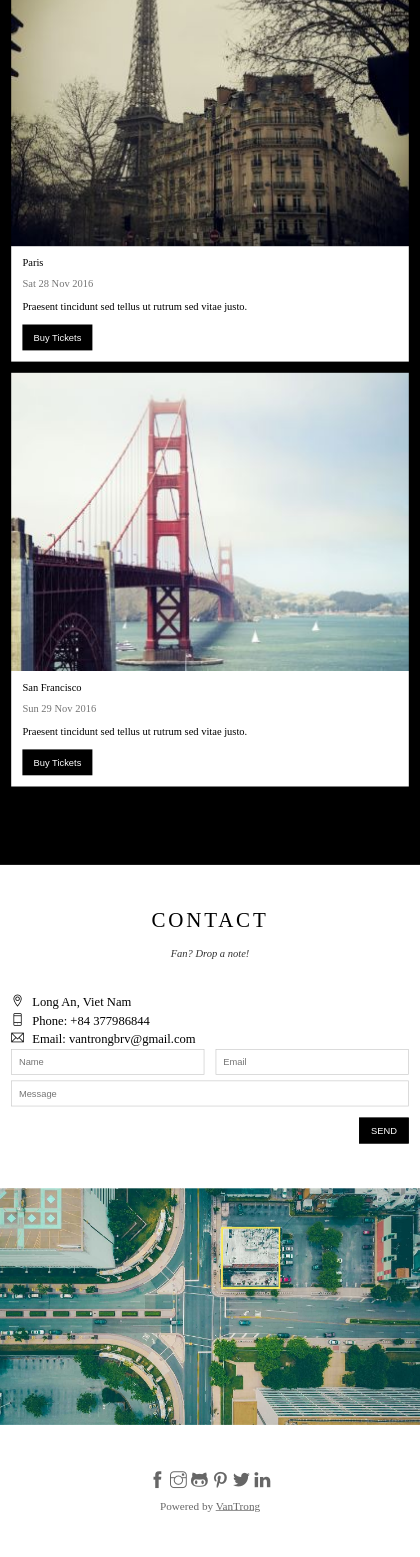
Repository: vanntrong/w3_band
Page: index.html
These files come from the project's save history. The page is drawn as it stood at one moment and after the next save; the edit follows.
The browser window is 600 px wide. The pictures show the part of the page from y = 3511 to 5751 px (the page is 5735 px tall before and 5751 px after), at 70% of full size.

Above is the page before, as saved 2021-08-27 20:29:59.

After the next save:
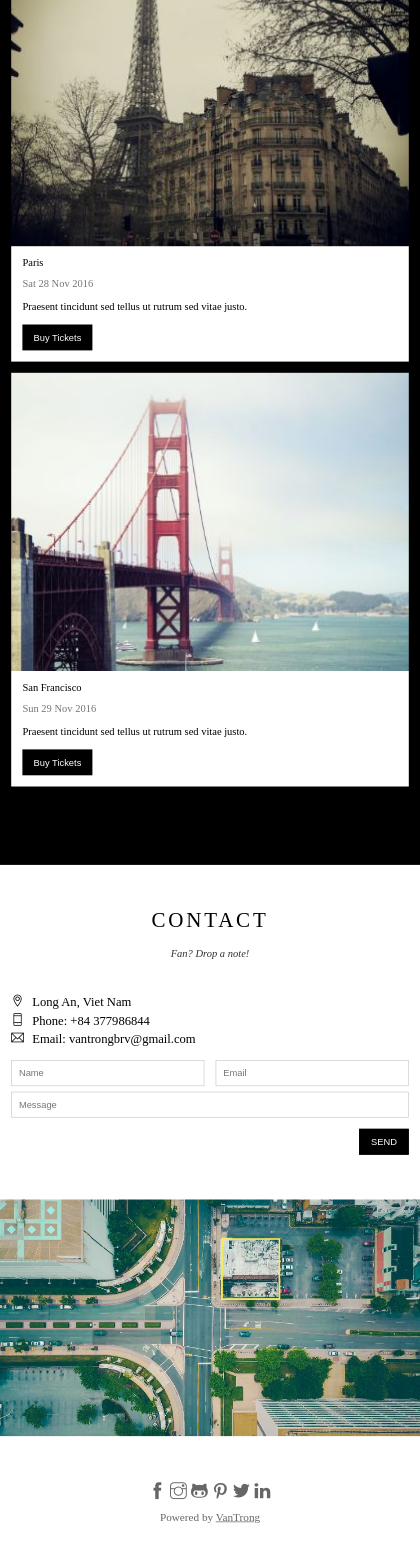
Saved 2 min 53 s later.
--- a/assest/css/responsive.css
+++ b/assest/css/responsive.css
@@ -49,4 +49,8 @@
   .s-col-full {
     width: 100% !important;
   }
+
+  .contact-form {
+    margin-top: 16px;
+  }
 }
